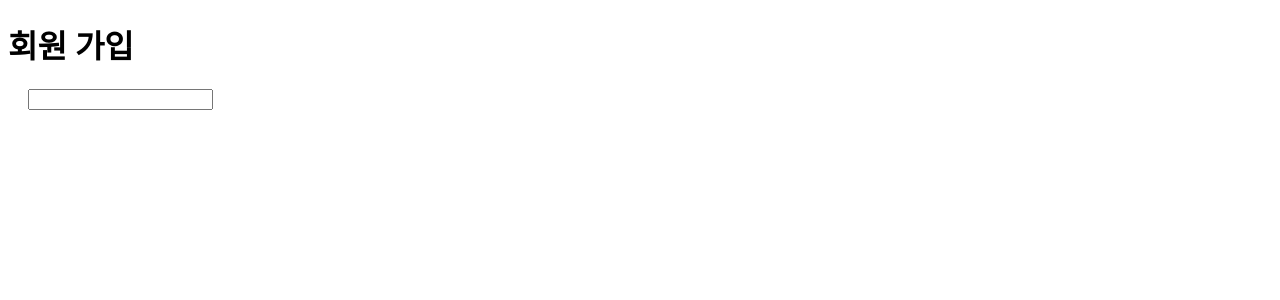
Repository: abbyinkr/BootstrapStudy
Page: BootStrapWork/WebContent/BootEx03.html
These files come from the project's save history. The page is drawn as it stood at one moment and after the next save; the edit follows.
The browser window is 1280 px wide. The pictures show the whole page.

Above is the page before, as saved 2021-07-01 03:45:23.

### BootStrapWork/WebContent/BootEx03.html
<!DOCTYPE html>
<html>
<head>
<meta charset="UTF-8">
<title>BootEx03.html</title>
</head>
<body>

<h1>회원 가입</h1>

<form action="" style="width: 500ppx; margin: 20px;">

	<input type="text" />
	<br />



</form>

</body>
</html>

After the next save:
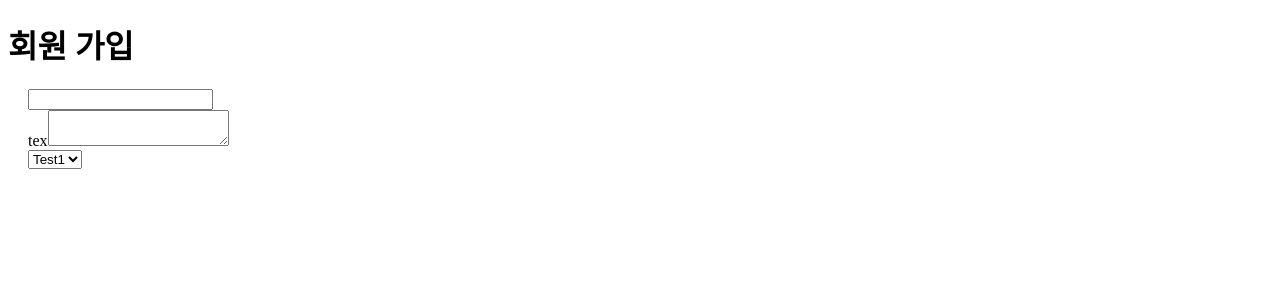
Saved 34 s later.
--- a/BootStrapWork/WebContent/BootEx03.html
+++ b/BootStrapWork/WebContent/BootEx03.html
@@ -13,7 +13,15 @@
 	<input type="text" />
 	<br />
 
+	tex<textarea rows="" cols=""></textarea>
+	<br />
 
+	<select name="" id="">
+		<option value="">Test1</option>
+		<option value="">Test1</option>
+		<option value="">Test1</option>
+		<option value="">Test1</option>
+	</select>
 
 </form>
 
